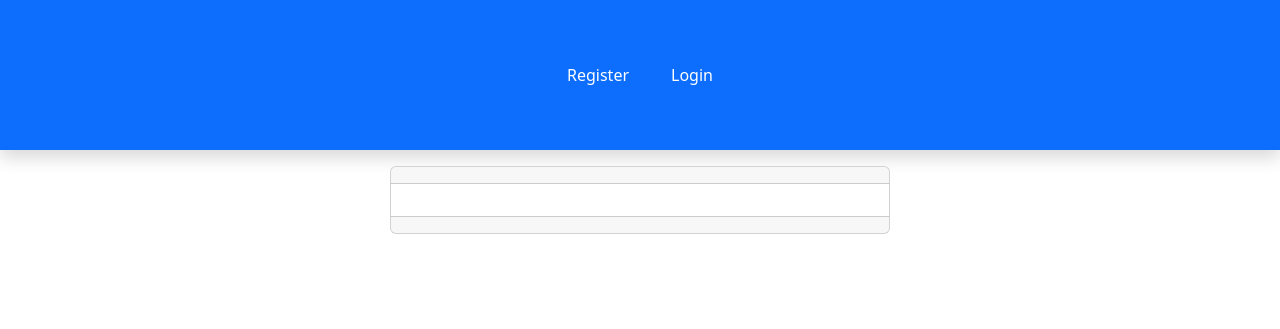
Repository: loveleii/firebase-login-logout
Page: /
These files come from the project's save history. The page is drawn as it stood at one moment and after the next save; the edit follows.
The browser window is 1280 px wide. The pictures show the whole page.
The project was rebuilt for these pictures with package versions that can differ from the ones it lists, and the page was loaded fresh each time. Also part of the build but not shown: vite.config.ts, src/views/loginView.vue, src/assets/main.css.

Above is the page before, as saved 2023-03-04 19:32:05.

### src/main.js
import { createApp } from 'vue'
import { createPinia } from 'pinia'

import App from './App.vue'
import router from './router'
import "bootstrap/dist/css/bootstrap.min.css"
import bootstrap from "bootstrap/dist/js/bootstrap.bundle.js"

import './assets/main.css'

const app = createApp(App)

app.use(createPinia())
app.use(router)

app.mount('#app')

### src/App.vue
<script setup lang="ts">
import { RouterLink, RouterView } from 'vue-router'

</script>

<template>
  <div>
        <header class="bg-primary p-5 shadow">
            <div class="container_header">
                <div class="d-flex">
                    <RouterLink to="/" style="text-decoration: none;"><text class="text-white m-2 btn btn-primary">Register</text></RouterLink>
                    <RouterLink to="/login" style="text-decoration: none;"><text class="text-white m-2 btn btn-primary">Login</text></RouterLink>
                </div>
            </div>
        </header>
    </div>
    <div class="center_container m-3 rounded text-center">
      <RouterView />
    </div>

</template>

<style>
.container_header{
  display: grid;
  place-content: center;
}
.center_container{
  display: grid;
  place-content: center;
}

</style>

### src/router/index.js
import { createRouter, createWebHistory } from 'vue-router'
import registerView from '../views/registerView.vue'
import loginView from '../views/loginView.vue'

const router = createRouter({
  history: createWebHistory(import.meta.env.BASE_URL),
  routes: [
    {
      path: '/',
      name: 'reg',
      component: registerView
    },
    {
      path: '/login',
      name: 'log',
      component: loginView
    },

  ]
})

export default router

### src/views/registerView.vue
<template>
    <div class="card">
        <div class="card-header">

        </div>
        <div class="card-body">

        </div>
        <div class="card-footer">

        </div>
    </div>
</template>

<script>


</script>
<style>
.card{
    width: 500px;
}
</style>

Loaded but not shown: index.html (common file)

After the next save:
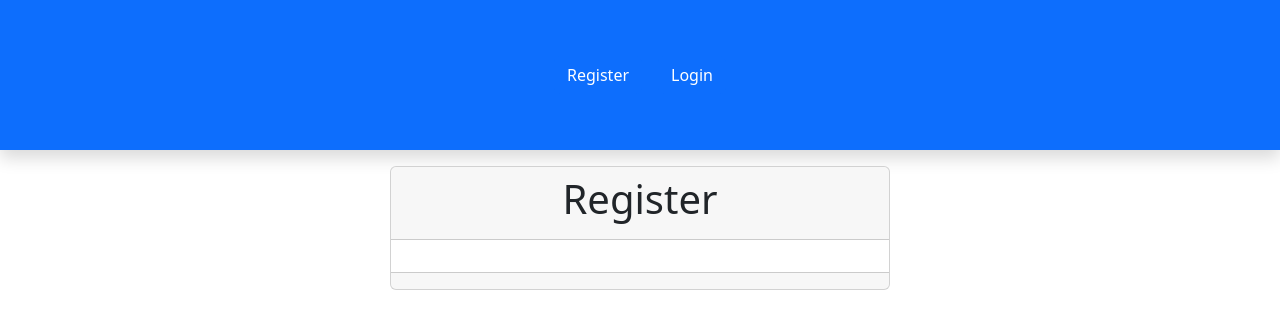
Saved 9 s later.
--- a/src/views/registerView.vue
+++ b/src/views/registerView.vue
@@ -1,7 +1,7 @@
 <template>
     <div class="card">
         <div class="card-header">
-
+            <h1>Register</h1>
         </div>
         <div class="card-body">
 
